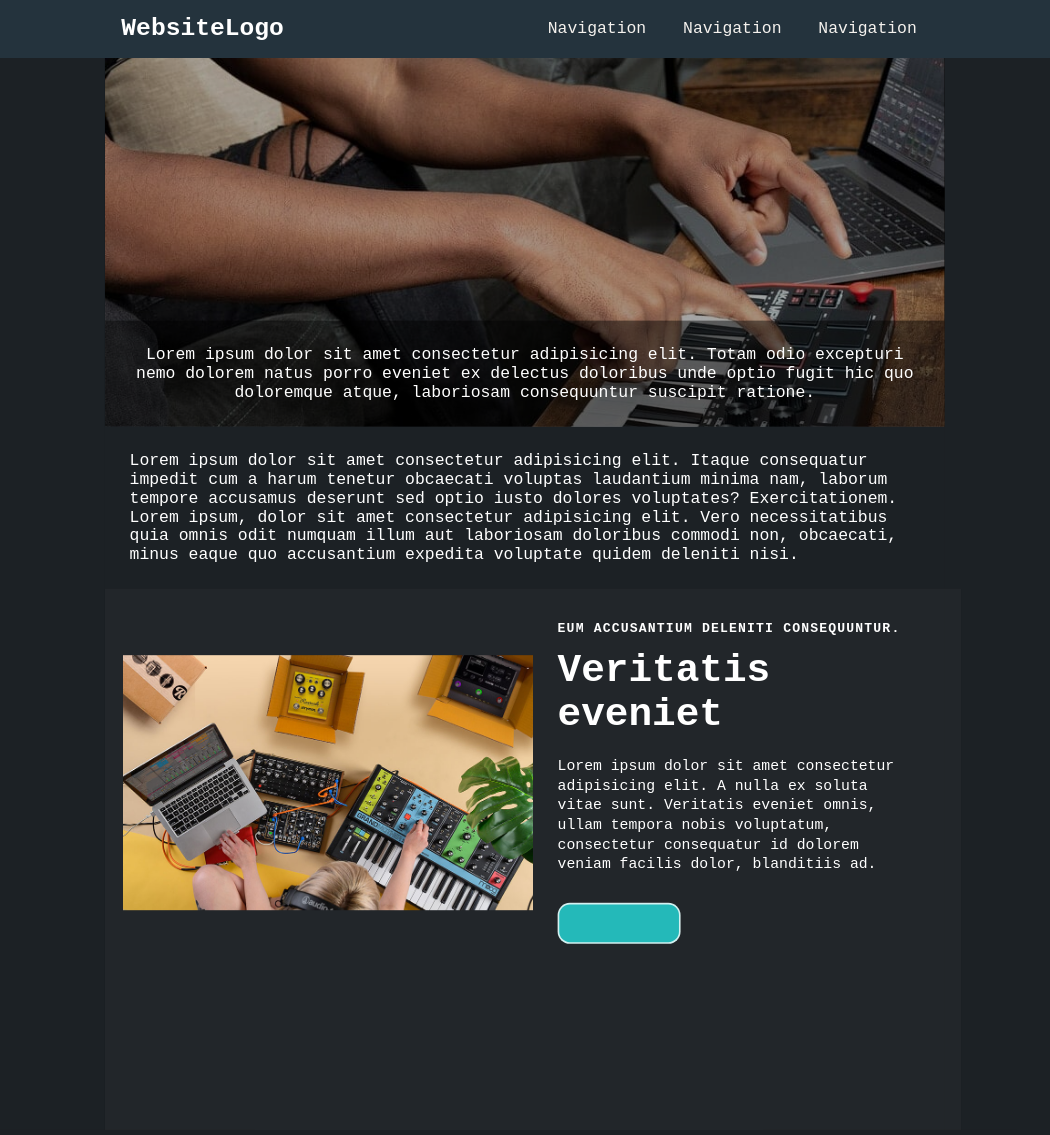
Repository: piotrokrutniak/Projekt-Studia
Page: index.html
These files come from the project's save history. The page is drawn as it stood at one moment and after the next save; the edit follows.
The browser window is 1280 px wide. The pictures show the whole page, at 82% of full size.
The pointer rests on the first visible `.post-button`.

Above is the page before, as saved 2023-03-04 15:45:20.

### index.html
<!DOCTYPE html>
<head>
    <meta charset="UTF-8" />
    <meta http-equiv="X-UA-Compatible" content="IE=edge" />
    <meta name="viewport" content="width=device-width, initial-scale=1.0" />
    <link rel="stylesheet" type="text/css" href="styles.css" />
    <title>Website Title</title>
</head>
<body>
    <div class="navbar-container">
        <div class="navbar">
            <div class="logo">
                <div class="logo-contents">
                    WebsiteLogo
                </div>
            </div>
            <div class="navigation">
                <a href="/index" class="navigation-link">
                    <div class="navigation-button">
                        Navigation
                    </div>
                </a>
                <a href="/index" class="navigation-link">
                    <div class="navigation-button">
                        Navigation
                    </div>
                </a>
                <a href="/index" class="navigation-link">
                    <div class="navigation-button">
                        Navigation
                    </div>
                </a>
            </div>
        </div>
    </div>

    <div class="main-section">
        <div class="carousel-section">
            <img class="carousel-img" src="img/Hero-2.jpg" alt="MIDI controller on a table">
            <div class="carousel-desc">
                Lorem ipsum dolor sit amet consectetur adipisicing elit. Totam odio excepturi nemo dolorem natus porro eveniet ex delectus doloribus unde optio fugit hic quo doloremque atque, laboriosam consequuntur suscipit ratione.
            </div>
        </div>

        <div class="text-section">
        Lorem ipsum dolor sit amet consectetur adipisicing elit. Itaque consequatur impedit cum a harum tenetur obcaecati voluptas laudantium minima nam, laborum tempore accusamus deserunt sed optio iusto dolores voluptates? Exercitationem.
        Lorem ipsum, dolor sit amet consectetur adipisicing elit. Vero necessitatibus quia omnis odit numquam illum aut laboriosam doloribus commodi non, obcaecati, minus eaque quo accusantium expedita voluptate quidem deleniti nisi.
        </div>

        <div class="post-container">
            <div class="post-wrapper">
                <div class="info-row">
                    <div class="left-column">
                        <div class="text-wrapper">
                            <div class="top-text">Eum accusantium deleniti consequuntur.</div>
                            <div class="title">Veritatis eveniet</div>
                            <div class="subtitle">Lorem ipsum dolor sit amet consectetur adipisicing elit. A nulla ex soluta vitae sunt. Veritatis eveniet omnis, ullam tempora nobis voluptatum, consectetur consequatur id dolorem veniam facilis dolor, blanditiis ad.</div>
                            <div class="btn-wrap">
                                <input type="button" class="post-button">
                            </div>
                        </div>
                    </div>
                    <div class="right-column">
                        <div class="img-wrapper">
                            <img class="post-image" src="Img/Hero-1.jpg" alt="MIDI keyboard on a table.">
                        </div>
                    </div>
                </div>
            </div>
        </div>


    </div>
</body>

### styles.css
:root{
    --nav-link-width: 150px;
}

body{
    font-family: monospace;
    margin: 0;
    min-width: 328px;
    color: white;
    font-size: 14px;
    background: rgb(28, 33, 37);
}

.navbar-container{
    width: 100%;
    height: 70px;
    background: rgb(36, 51, 61);
    position: sticky;
    top: 0;
    max-width: 100%;
    overflow: hidden;
    z-index: 999;

}

.navbar{
    position: relative;
    max-width: 1024px;
    min-width: 328px;
    height: 50px;
    top: 0px;
    margin: auto;
    display: flex;
    flex-direction:row;
    justify-content: space-between;
    top: 50%;
    -ms-transform: translateY(-50%);
    transform: translateY(-50%);
    font-size: 20px;
}

a{
    text-decoration: none;
    color:rgba(245, 242, 238);
}

.navigation{
    display: grid;
    grid-template-columns: var(--nav-link-width) var(--nav-link-width) var(--nav-link-width);
    grid-gap: 15px;
    padding-right: 20px;
}

.navigation-link{
    position: relative;
    padding-left: 15px;
    padding-right: 15px;
    transition: 0.15s;
    transition-timing-function: ease-in-out;
    border: 1px solid;
    border-radius: 5px;
    border-color: rgba(255, 255, 255, 0);
}

.navigation-link:hover{
    border-color: rgba(255, 255, 255, 0.103);

}

.navigation-button{
    text-align: center;
    position: relative;
    top: 50%;
    -ms-transform: translateY(-50%);
    transform: translateY(-50%);
}

.logo{
    position: relative;
    height: 49px;
    padding-left: 20px;
    padding-right: 20px;
    font-weight: 900;
    font-size: 30px;
}

.logo-contents{
    text-align: center;
    position: relative;
    top: 50%;
    -ms-transform: translateY(-50%);
    transform: translateY(-50%);
}

.main-section{
    position: relative;
    max-width: 1024px;
    min-width: 328px;
    min-height: calc(100vh - 70px);
    margin: auto;
    font-size: 20px;
    background: rgb(28, 33, 37);
}

.carousel-section{
    position: relative;
    width: 100%;
    height: 450px;
    background: floralwhite;
}

@media screen and (max-width:750px){
    .carousel-section{
        min-height: 300px;
        height: auto;
    }
}

.carousel-section{
    background: black;
    max-width: 100%;
    width: 100%;
    text-align:center;
    position: sticky;
    margin: auto;
    max-height:calc(100vh - 80px);
    min-height: 250px;
    overflow: hidden;
}

.carousel-img{
    width: 100%;
    max-height:calc(100vh - 80px);
    display: flex;
    position: sticky;
    flex-shrink:0;
    object-fit:cover;
    min-height: 250px;
    object-fit: cover;
    opacity: 0.65;
}

.carousel-desc{
    position: absolute;
    bottom: 0px;
    width: calc(100% - 60px);
    max-width: 100%;
    background: rgba(0, 0, 0, 0.459);
    max-height: 20%;
    min-height: 50px;
    max-width: 1024px;
    min-width: 328px;
    padding: 30px;
}

.text-section{
    padding: 30px;
}

.post-container{
    color: white;
    max-width: 100%;
    /*
    background: ${({lightBg}) => (lightBg ? 'rgba(60,60,60,0.2)': '#f9f9f9')};
    */
    background: rgba(60,60,60,0.2);
    margin: auto;
    padding-top:20px;
    border-left: transparent solid 10px;
    border-right: transparent solid 10px;
    width: 100%;
}

.post-wrapper{
    display: grid;
    z-index:1;
    min-height:calc(100vh - 80px);
    width: 100%;
    max-width:100%;
    max-height: 400px;
    margin-right:auto;
    margin-left:auto;
    justify-content:center;
}

@media screen and (min-width:1023px){
    .post-wrapper{
    max-width:1000px;
    }
}

.info-row{
    display:grid;
    grid-auto-columns:minmax(358px,1fr);
    align-items:center;
    grid-template-areas: 'RightColumn LeftColumn';
    /*
    grid-template-areas: ${({imgStart})=>(imgStart ? `'RightColumn LeftColumn'`:`'LeftColumn RightColumn'`)};
    */
    min-height: 100px;
    max-height: 400px;

}

@media screen and (max-width:1023px){
    .info-row{
    /*
    grid-template-areas: ${({imgStart})=>(imgStart ? `'RightColumn' 'LeftColumn'`:`'RightColumn' 'LeftColumn'`)};
    */

    max-width:600px;
    margin: auto;
    }
}

.left-column{
    margin-bottom:15px;
    border-top: 20px solid transparent;
    max-width: 100%;
    grid-area: LeftColumn;
    display: flex;
    flex-direction: column;
    align-items: center;
    border-left: solid 30px transparent;
}

@media screen and (max-width: 760px){
    .left-column{
    border-left: solid 0px transparent;
    }
}

.right-column{
    margin-bottom:15px;
    max-width: 100%;
    grid-area: RightColumn;
    display: flex;
    flex-direction: column;
    justify-items:center;
    align-items: center;
    margin: auto;
}

@media screen and (max-width: 760px){
    .right-column{
        padding: 0 0 !important;
    }
}

.text-wrapper{
    max-width: 540px;
    padding-top:0;
    padding-bottom:5px;
}

.top-text{
    color: white;
    font-size:16px;
    font-weight:700;
    letter-spacing:1.4px;
    text-transform:uppercase;
    margin-bottom:16px;
    /*
    color: ${({darkText}) => (darkText ? 'white' : 'Black')};
    */
}

.title{
    margin-bottom:24px;
    font-size:48px;
    line-height:1.1;
    font-weight:600;
    color: white;
}

@media screen and (max-width:480px){
    .title{
        font-size:32px;
    }
}

.subtitle{
    max-width:440px;
    margin-bottom:35px;
    font-size: 18px;
    line-height: 24px;
    color: white;
}

.image-wrapper{
    width: 100%;
    max-width: 100%;
    max-height:600px;
    object-fit:cover;
    min-height: 250px;
    position: relative;
    object-fit: cover;
}

.post-image{
    position: relative;
    display: flex;
    flex-shrink: 0;
    object-fit: cover;
    max-width:100%;
    height: 100%;
    padding-right: 0;
    max-height:600px;
    padding-bottom: 0px;
}

.btn-wrap{
    display:flex;
    justify-content: flex-start;
}

.post-button{
    min-width: 150px;
    background-color: rgb(36, 185, 185);
    border: 1px solid rgba(255, 255, 255, 0.418);
    border-radius: 15px;
    height: 50px;
    transition: 0.15s;
}

.post-button:active{
    opacity: 60%;
    border: 1px solid rgba(255, 255, 255, 0.6);
}

.post-button:hover{
    border: 2px solid rgba(255, 255, 255, 0.8);
}

After the next save:
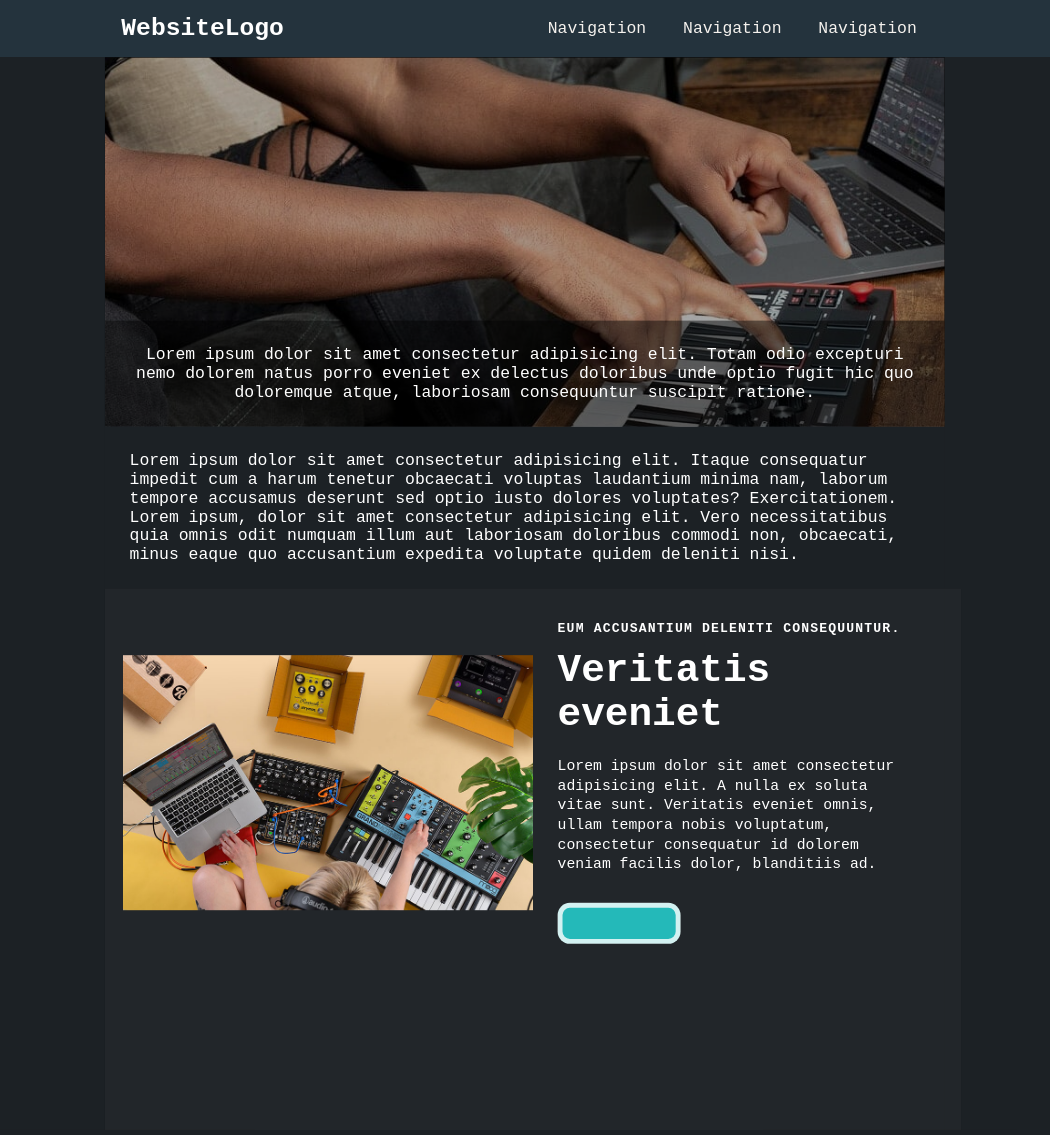
Saved 8 s later.
--- a/styles.css
+++ b/styles.css
@@ -329,5 +329,5 @@ a{
 }
 
 .post-button:hover{
-    border: 2px solid rgba(255, 255, 255, 0.8);
-}
+    border: 6px solid rgba(255, 255, 255, 0.8);
+}
